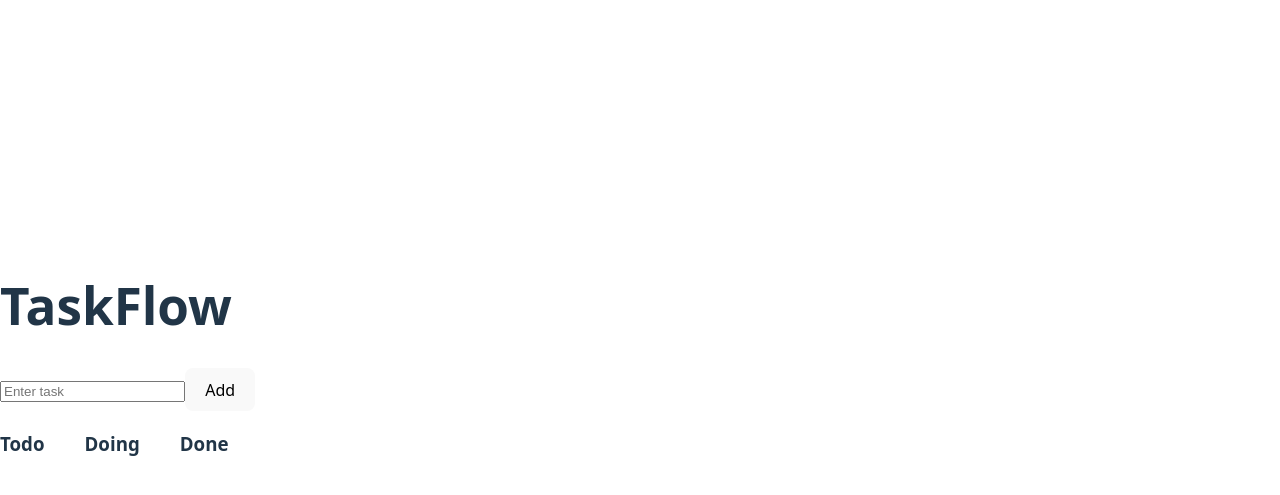
Repository: lissaintech/TaskFlow
Page: /
These files come from the project's save history. The page is drawn as it stood at one moment and after a run of saves; the edit follows.
The browser window is 1280 px wide. The pictures show the whole page.
The project was rebuilt for these pictures with package versions that can differ from the ones it lists, and the page was loaded fresh each time. Also part of the build but not shown: vite.config.js.

Above is the page before, as saved 2026-02-11 15:34:00.

### index.html
<!doctype html>
<html lang="en">
  <head>
    <meta charset="UTF-8" />
    <link rel="icon" type="image/svg+xml" href="/vite.svg" />
    <meta name="viewport" content="width=device-width, initial-scale=1.0" />
    <title>taskflow</title>
  </head>
  <body>
    <div id="root"></div>
    <script type="module" src="/src/main.jsx"></script>
  </body>
</html>

### src/App.jsx
import { useEffect, useState } from 'react'

function App() {

  const [input, setInput] = useState("");

  const [tasks, setTasks] = useState([]);

  const addTask = () => {
    if(input.trim()=="") return;

    const newTask = {
      title : input,
      status : "Todo"
    }

    setTasks([...tasks, newTask])
    setInput("");
  };

  const deleteTask = (taskToDelete) => {
    const updatedTasks = tasks.filter(task => task!= taskToDelete)
    setTasks(updatedTasks);
  }

  const moveTask = (taskToMove, newStatus) => {
    const updatedTasks = tasks.map(task => {
      (task == taskToMove)? {...task, status:newStatus}
      : task
    })
    setTasks(updatedTasks);
  }

  useEffect(()=> {
    const saved = localStorage.getItem("tasks");

    if(saved){
      setTasks(JSON.parse(saved));
    }
  }, []);

  useEffect(() => {
    localStorage.setItem("tasks", JSON.stringify(tasks));
  }, [tasks]);

  return (
    <div>
      <h1>TaskFlow</h1>

      <input
        value={input}
        onChange={(e) => setInput(e.target.value)}
        placeholder="Enter task"
      />

      <button onClick={addTask}>Add</button>

      <div style={{display: "flex", gap: "40px"}}>

        {
          ["Todo", "Doing", "Done"].map((status)=>(
            <div key={status}>
              <h3>{status}</h3>
              {tasks
              .filter(task => task.status === status)
              }
            </div>
          ))
        }

      </div>
    </div>
  );
}

export default App;

Loaded but not shown: src/main.jsx (common file); src/index.css (common file)

After the next 4 saves:
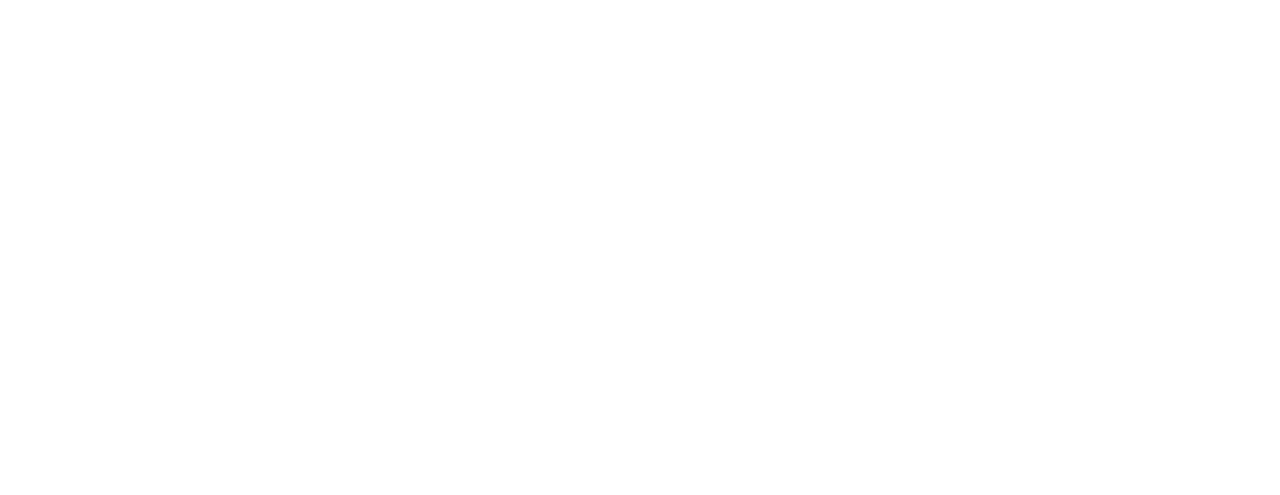
Console error: ReferenceError: task is not defined
The 4 saves are shown as one change because 1 did not build or start and some came seconds apart.
The last was saved 20 s later.
--- a/src/App.jsx
+++ b/src/App.jsx
@@ -63,6 +63,7 @@
               <h3>{status}</h3>
               {tasks
               .filter(task => task.status === status)
+              .map((task))
               }
             </div>
           ))

After the 4 saves that followed:
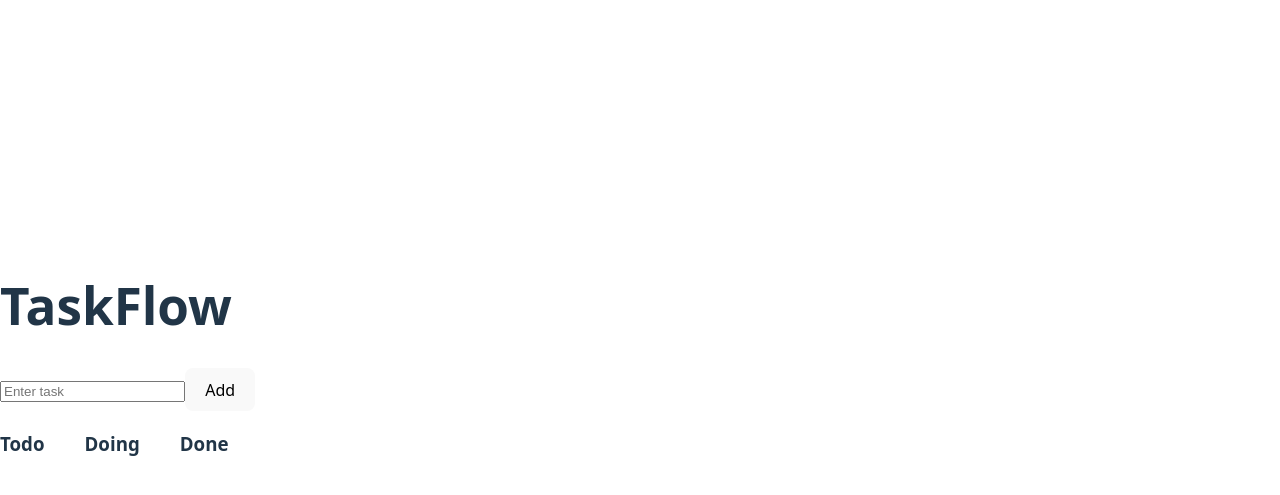
The error is gone.
The 4 saves are shown as one change because 3 did not build or start.
The last was saved 37 s later.
--- a/src/App.jsx
+++ b/src/App.jsx
@@ -63,7 +63,9 @@
               <h3>{status}</h3>
               {tasks
               .filter(task => task.status === status)
-              .map((task))
+              .map((task) => (
+                <div></div>
+              ))
               }
             </div>
           ))
